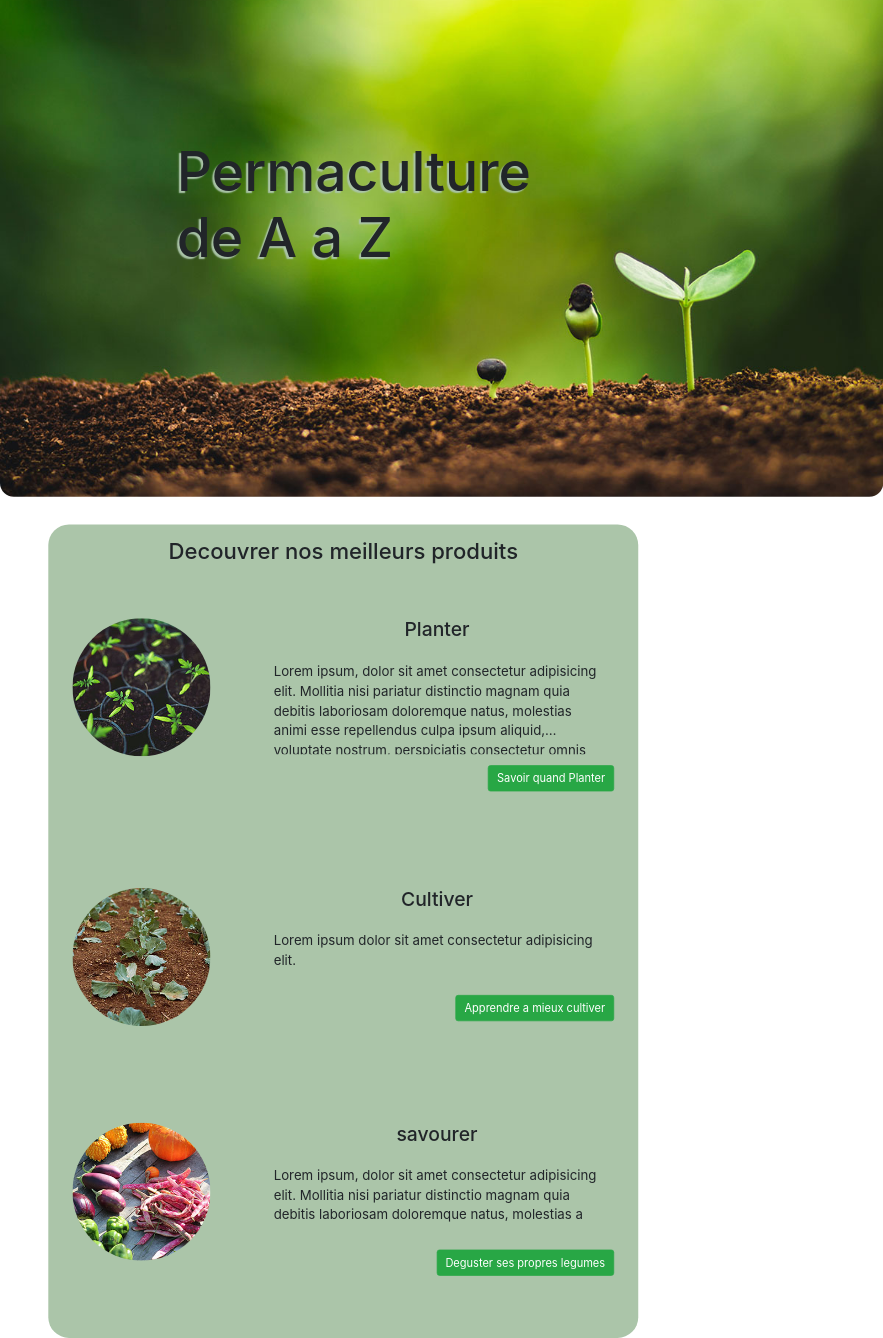
Repository: ahthionkevin/permaculture
Page: index.html
The author's editor kept a copy of each file at every save. The page is drawn from the files as they stood at one save, then again after the next save.
The browser window is 1280 px wide. The pictures show the whole page, at 69% of full size.

Above is the page before, as saved 2021-07-06 22:02:28.

After the next save:
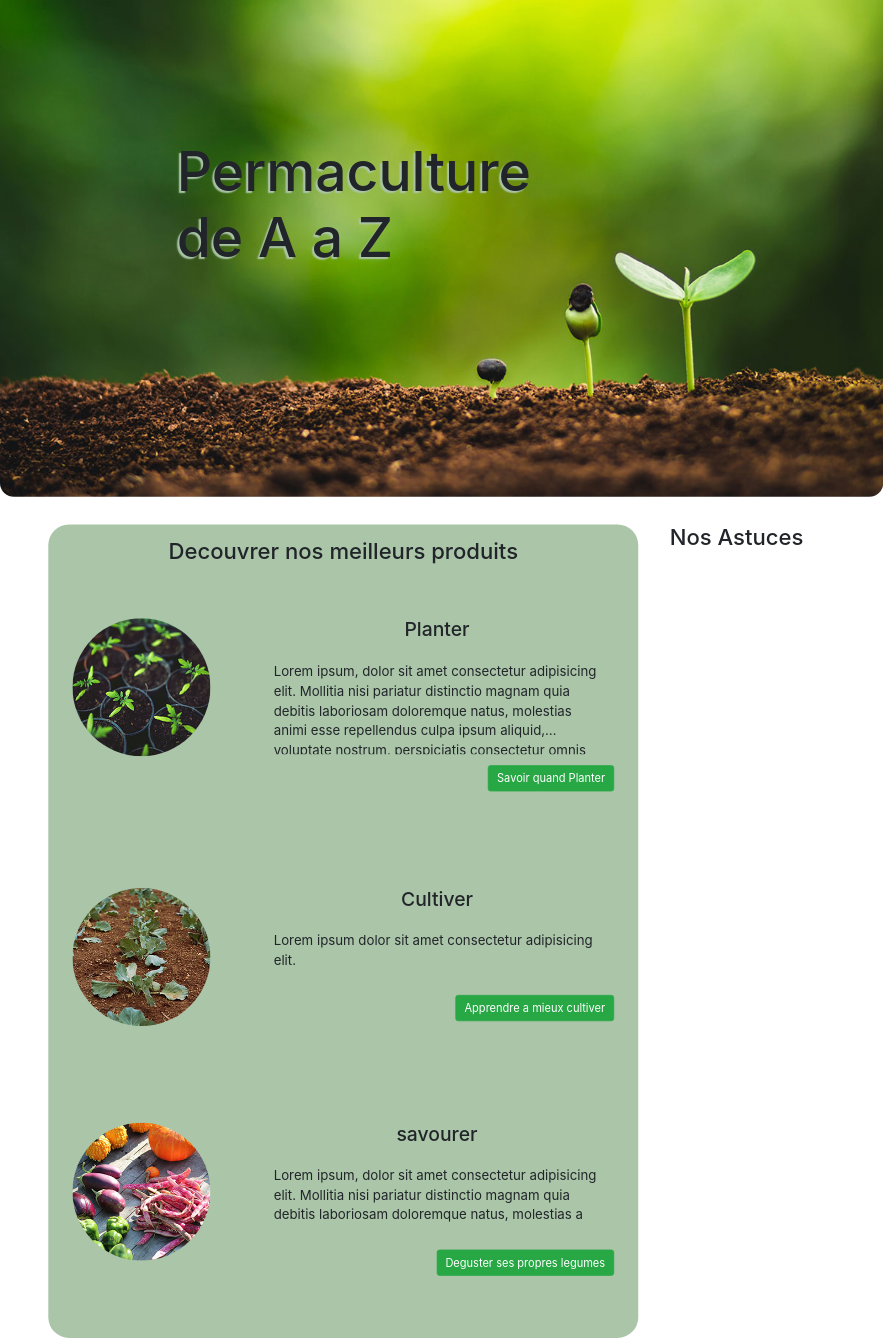
Saved 33 s later.
--- a/index.html
+++ b/index.html
@@ -62,7 +62,7 @@
             </div>
 
             <div class="col-lg-3" id="rightPart">
-                <h3></h3>
+                <h2>Nos Astuces</h2>
             </div>
         </div>
     </div>
